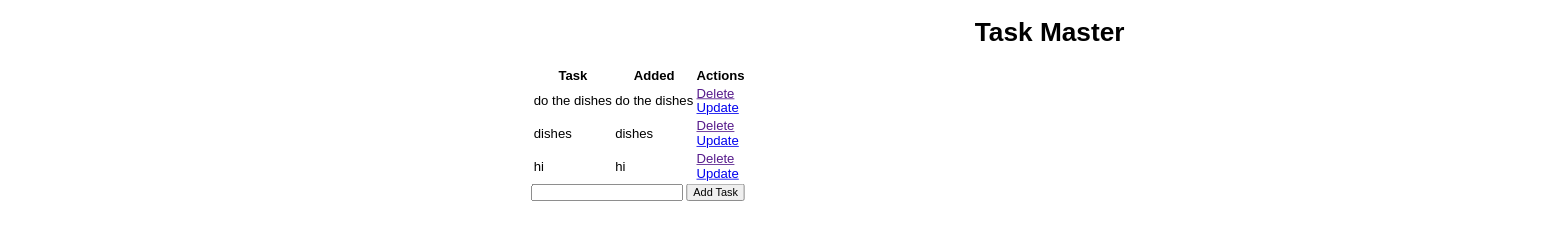
Repository: shaysnutss/FirstFlaskApp
Page: http://localhost/
These files come from the project's save history. The page is drawn as it stood at one moment and after the next save; the edit follows.
The browser window is 1280 px wide. The page is 1912 px wide, so the pictures cover 1912 px, including what lies to the right of the window. The pictures show the whole page, at 82% of full size.
The page is served by the project's application, run on Flask 3 (app.py). The page reads the database file committed with the project.

Above is the page before, as saved 2022-08-25 01:57:04.

After the next save:
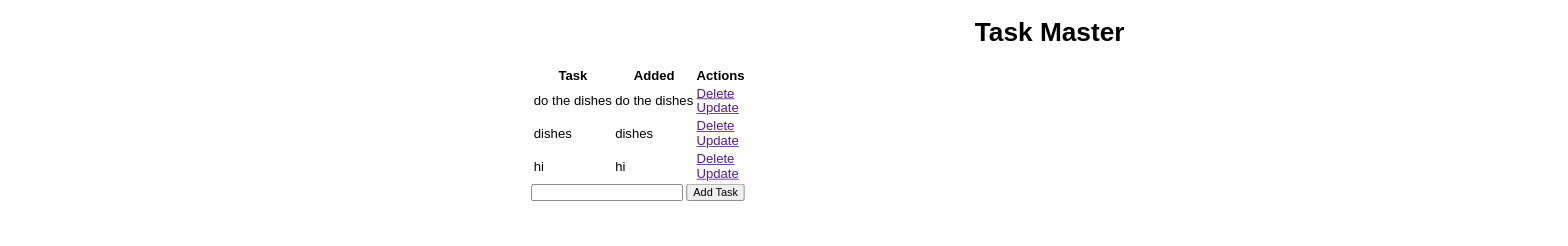
Saved 7 s later.
--- a/templates/index.html
+++ b/templates/index.html
@@ -20,7 +20,7 @@
             <td>
                 <a href="">Delete</a>
                 <br>
-                <a href="{{task.date_created.date()}}">Update</a>
+                <a href="">Update</a>
             </td>
         </tr>
         {% endfor %}
